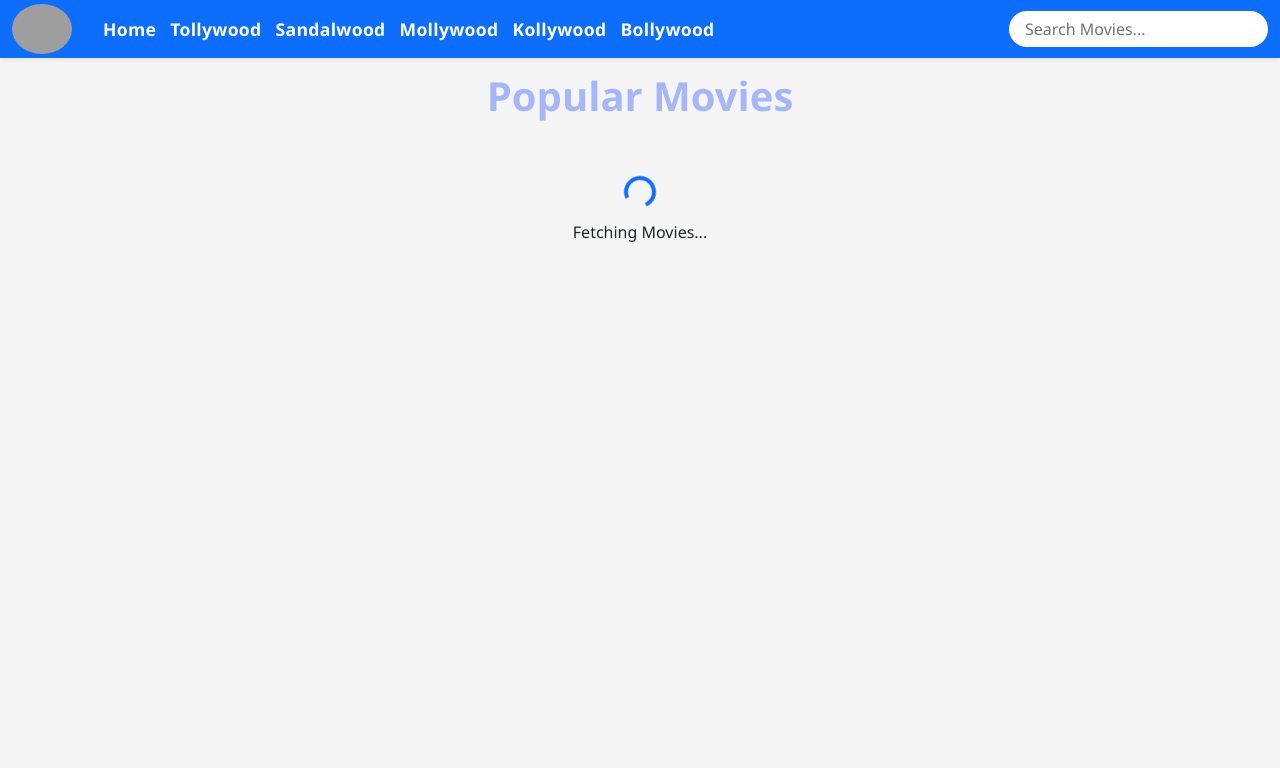
Repository: chandu7777158/Movies_spot
Page: /
The author's editor kept a copy of each file at every save. The page is drawn from the files as they stood at one save, then again after a run of saves.
The browser window is 1280 px wide. The pictures show the whole page.
Pictures or frames that could not be fetched are drawn as grey boxes. The page's requests for data from a server got no answer. The project was rebuilt for these pictures with package versions that can differ from the ones it lists, and the page was loaded fresh each time. No one was signed in, and anything a server would have sent is missing. Also part of the build but not shown: vite.config.js, src/components/MovieCard.jsx.

Above is the page before, as saved 2026-01-28 11:25:34.

After the next 2 saves:
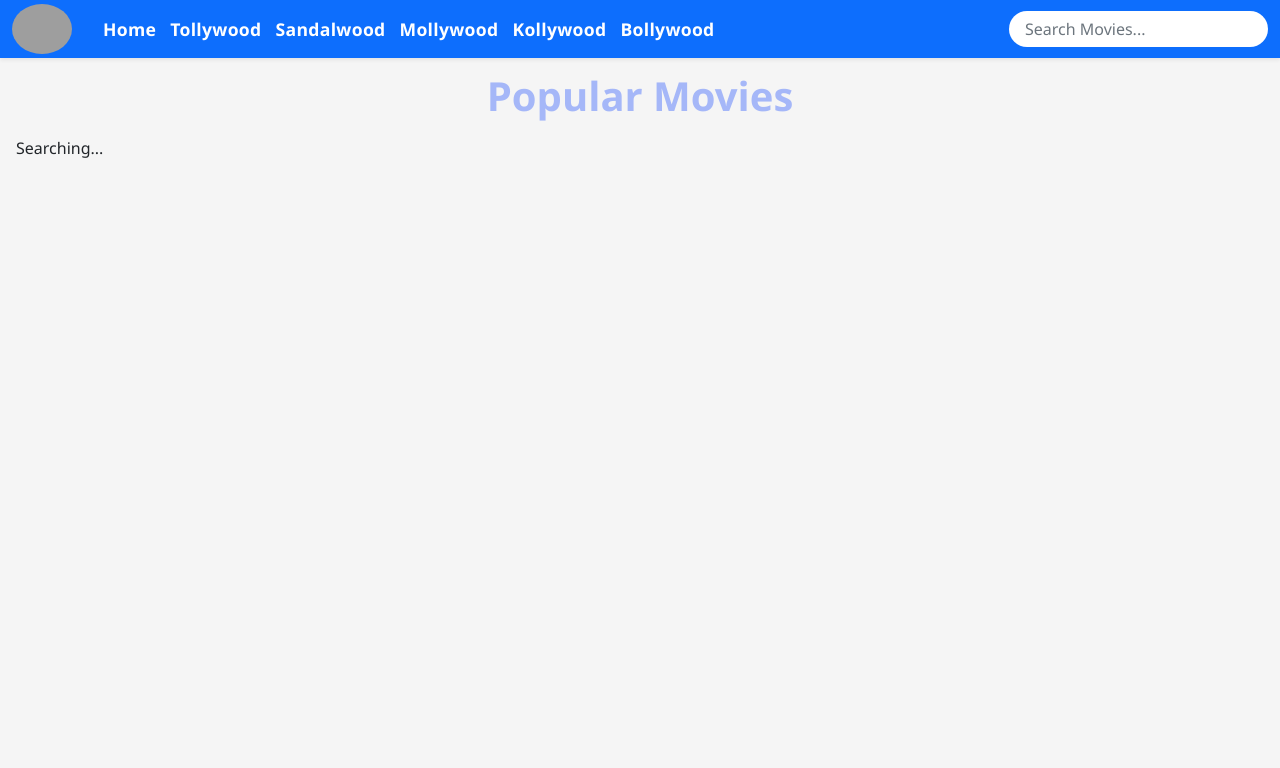
The 2 saves are shown as one change because they came seconds apart.
The last was saved 7 s later.
--- a/src/pages/MoviePage.jsx
+++ b/src/pages/MoviePage.jsx
@@ -1,69 +1,45 @@
 import React, { useState, useEffect } from 'react';
-
-import { getMovies } from '../services/movieService';
-
+import { useParams } from 'react-router-dom';
+import { getMovies, searchMovies } from '../services/movieService';
 import MovieCard from '../components/MovieCard';
 
-
-
 const MoviePage = ({ category }) => {
-
     const [movies, setMovies] = useState([]);
-
     const [loading, setLoading] = useState(true);
-
-
-
-    // Format the title: 'tollywood' -> 'Tollywood Movies'
-
-    const displayTitle = category === 'popular' ? 'Popular Movies' : `${category.charAt(0).toUpperCase() + category.slice(1)} Movies`;
-
-
+    const { query } = useParams(); // Get search term from URL
 
     useEffect(() => {
+        const loadMovies = async () => {
+            setLoading(true);
+            let data;
+            if (category === 'search' && query) {
+                data = await searchMovies(query);
+            } else {
+                data = await getMovies(category);
+            }
+            setMovies(data);
+            setLoading(false);
+        };
+        loadMovies();
+    }, [category, query]); // Re-run if category OR search query changes
 
-        const loadMovies = async () => {
-
-            setLoading(true);
-
-            const data = await getMovies(category);
-
-            setMovies(data);
-
-            setLoading(false);
-
-        };
-
-        loadMovies();
-
-    }, [category]);
-
-
+    const displayTitle = category === 'search'
+        ? `Results for "${query}"`
+        : category === 'popular' ? 'Popular Movies' : `${category.charAt(0).toUpperCase() + category.slice(1)} Movies`;
 
     return (
-
         <div className="container-fluid px-3">
-
-            {/* Dynamic Heading added here */}
-
+            {/*Dynamic headings added here*/}
             <h1 className="mt-0 mb-3 fw-bold" style={{ color: "#a5b7f8",textAlign:"center" }}>{displayTitle}</h1>
-
-
-
             <div className="row g-2">
-
                 {loading ? (
-
+                    <p>Searching...</p>
+                ) : movies.length > 0 ? (
+                    movies.map(movie => <MovieCard key={movie.id} movie={movie} />)
+                ) : (
                     <div className="text-center mt-5">
-
-                        <div className="spinner-border text-primary" role="status"></div>
-
-                        <p className="mt-2">Fetching Movies...</p>
-
+                        <h3>No movies found for "{query}"</h3>
                     </div>
-
-                ) : (
-                    movies.map(movie => <MovieCard key={movie.id} movie={movie} />)
                 )}
             </div>
         </div>
